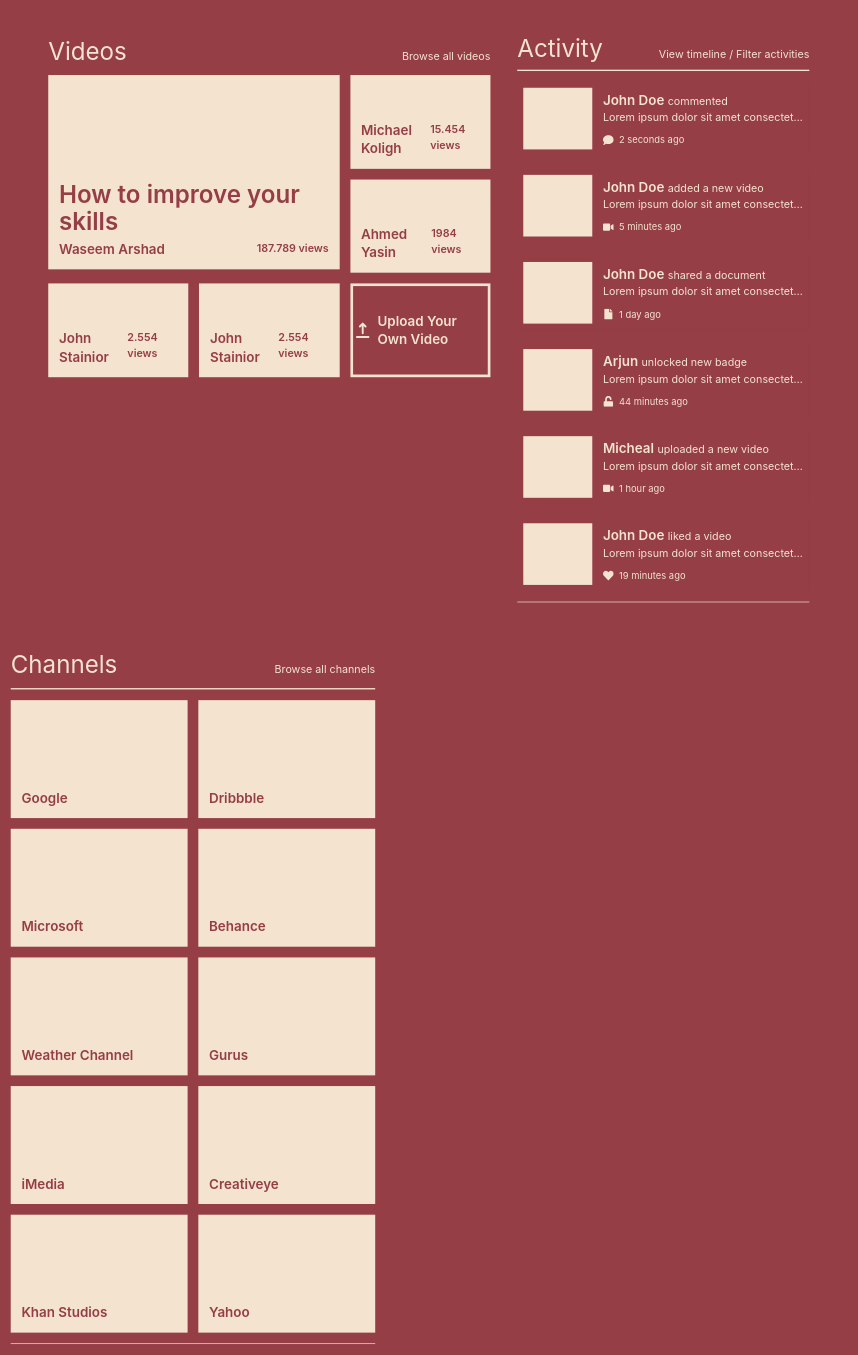
Repository: farrelmuhammad/test-salt
Page: /
These files come from the project's save history. The page is drawn as it stood at one moment and after the next save; the edit follows.
The browser window is 1280 px wide. The pictures show the whole page, at 67% of full size.
The project was rebuilt for these pictures with package versions that can differ from the ones it lists, and the page was loaded fresh each time. Also part of the build but not shown: src/App.css.

Above is the page before, as saved 2022-11-21 16:55:25.

### src/index.css
@tailwind base;
@tailwind components;
@tailwind utilities;

body {
  margin: 0;
  font-family: -apple-system, BlinkMacSystemFont, "Segoe UI", "Roboto", "Oxygen", "Ubuntu", "Cantarell", "Fira Sans", "Droid Sans", "Helvetica Neue", sans-serif;
  -webkit-font-smoothing: antialiased;
  -moz-osx-font-smoothing: grayscale;
  background-color: #953e46;
}

code {
  font-family: source-code-pro, Menlo, Monaco, Consolas, "Courier New", monospace;
}

@layer components {
  .box-text {
    @apply bg-[#F4E3CF] aspect-[3/2] text-[#953e46] p-4;
  }

  .card {
    @apply flex flex-row border border-[#953e46] p-2;
  }

  .hr-top {
    @apply h-[2px] bg-[#F4E3CF] border-none mb-4;
  }

  .hr-bottom {
    @apply h-[1px] bg-[#F4E3CF] border-none my-4;
  }
}

### src/App.js
import logo from "./logo.svg";
import "./App.css";
import Box from "./components/Box";
import Channels from "./components/Channels";
import Activity from "./components/Activity";

function App() {
  return (
    <>
      <div className="container">
        <div class="flex grid-cols-2 gap-2 m-10">
          <div className="flex-auto w-64">
            <Box />
          </div>
          <div className="flex-auto w-8">
            <Activity />
          </div>
        </div>
      </div>
      <Channels />
    </>
  );
}

export default App;

### src/components/Box.jsx
import React from "react";
import { HiUpload } from "react-icons/hi";

const Box = () => {
  return (
    <>
      <section className="container">
        <div className="flex items-end justify-between py-4">
          <h1 className="text-4xl text-[#F4E3CF]">Videos</h1>
          <a href="" className="text-base text-[#F4E3CF]">
            Browse all videos
          </a>
        </div>

        <div class="grid grid-cols-3 gap-4">
          <div class="col-span-2 row-span-2 box-text flex flex-col justify-end">
            <h2 className="text-4xl font-semibold mb-2">How to improve your skills</h2>
            <div className="flex justify-between">
              <h4 className="text-xl font-semibold">Waseem Arshad</h4>

              <p className="text-base font-semibold">187.789 views</p>
            </div>
          </div>

          <div class="box-text flex flex-col justify-end">
            <div className="flex justify-between">
              <h4 className="text-xl font-semibold">Michael Koligh</h4>

              <p className="text-base font-semibold">15.454 views</p>
            </div>
          </div>

          <div class="box-text flex flex-col justify-end">
            <div className="flex justify-between">
              <h4 className="text-xl font-semibold">Ahmed Yasin</h4>

              <p className="text-base font-semibold">1984 views</p>
            </div>
          </div>

          <div class="box-text flex flex-col justify-end">
            <div className="flex justify-between">
              <h4 className="text-xl font-semibold">John Stainior</h4>

              <p className="text-base font-semibold">2.554 views</p>
            </div>
          </div>

          <div class="box-text flex flex-col justify-end">
            <div className="flex justify-between">
              <h4 className="text-xl font-semibold">John Stainior</h4>

              <p className="text-base font-semibold">2.554 views</p>
            </div>
          </div>

          <div class="border-4 border-[#F4E3CF] text-[#F4E3CF] flex items-center justify-center">
            <HiUpload className="rounded-full w-10 h-10 mr-2" /> <h2 className="text-xl font-semibold">Upload Your Own Video</h2>
          </div>
        </div>
      </section>
    </>
  );
};

export default Box;

### src/components/Channels.jsx
import React from "react";

const Channels = () => {
  return (
    <>
      <section className="container max-w-xl">
        <div className="flex items-end justify-between py-4">
          <h1 className="text-4xl text-[#F4E3CF]">Channels</h1>
          <a href="" className="text-base text-[#F4E3CF]">
            Browse all channels
          </a>
        </div>

        <hr className="hr-top" />

        <div class="grid grid-cols-2 gap-4 ">
          <div class="box-text text-xl font-semibold flex items-end">Google</div>
          <div class="box-text text-xl font-semibold flex items-end">Dribbble</div>
          <div class="box-text text-xl font-semibold flex items-end">Microsoft</div>
          <div class="box-text text-xl font-semibold flex items-end">Behance</div>
          <div class="box-text text-xl font-semibold flex items-end">Weather Channel</div>
          <div class="box-text text-xl font-semibold flex items-end">Gurus</div>
          <div class="box-text text-xl font-semibold flex items-end">iMedia</div>
          <div class="box-text text-xl font-semibold flex items-end">Creativeye</div>
          <div class="box-text text-xl font-semibold flex items-end">Khan Studios</div>
          <div class="box-text text-xl font-semibold flex items-end">Yahoo</div>
        </div>

        <hr className="hr-bottom" />
      </section>
    </>
  );
};

export default Channels;

### src/components/Activity.jsx
import React from "react";
import { FaComment, FaVideo, FaUnlock, FaHeart, FaFile } from "react-icons/fa";

const Activity = () => {
  return (
    <>
      <section className="container max-w-xl">
        <div className="flex items-end justify-between py-3">
          <h1 className="text-4xl text-[#F4E3CF]">Activity</h1>
          <a href="" className="text-base text-[#F4E3CF]">
            View timeline / Filter activities
          </a>
        </div>

        <hr className="hr-top" />

        <div class="flex flex-col space-y-5">
          <div class="card hover:border-[#F4E3CF]">
            <div className="w-48 bg-[#F4E3CF]"></div>

            <div class="py-1 pl-4 truncate text-[#F4E3CF]">
              <h5 class="text-xl font-semibold">
                John Doe <span className="text-base font-normal">commented</span>
              </h5>
              <p class="text-base mb-3 truncate">Lorem ipsum dolor sit amet consectetur adipisicing elit. Ratione, similique!</p>
              <p class="text-sm flex items-center">
                <FaComment className="w-4 h-4 mr-2" />2 seconds ago
              </p>
            </div>
          </div>

          <div class="card hover:border-[#F4E3CF]">
            <div className="w-48 bg-[#F4E3CF]"></div>

            <div class="py-1 pl-4 truncate text-[#F4E3CF]">
              <h5 class="text-xl font-semibold">
                John Doe <span className="text-base font-normal">added a new video</span>
              </h5>
              <p class="text-base mb-3 truncate">Lorem ipsum dolor sit amet consectetur adipisicing elit. Ratione, similique!</p>
              <p class="text-sm flex items-center">
                <FaVideo className="w-4 h-4 mr-2" />5 minutes ago
              </p>
            </div>
          </div>

          <div class="card hover:border-[#F4E3CF]">
            <div className="w-48 bg-[#F4E3CF]"></div>

            <div class="py-1 pl-4 truncate text-[#F4E3CF]">
              <h5 class="text-xl font-semibold">
                John Doe <span className="text-base font-normal">shared a document</span>
              </h5>
              <p class="text-base mb-3 truncate">Lorem ipsum dolor sit amet consectetur adipisicing elit. Ratione, similique!</p>
              <p class="text-sm flex items-center">
                <FaFile className="w-4 h-4 mr-2" />1 day ago
              </p>
            </div>
          </div>

          <div class="card hover:border-[#F4E3CF]">
            <div className="w-48 bg-[#F4E3CF]"></div>

            <div class="py-1 pl-4 truncate text-[#F4E3CF]">
              <h5 class="text-xl font-semibold">
                Arjun <span className="text-base font-normal">unlocked new badge</span>
              </h5>
              <p class="text-base mb-3 truncate">Lorem ipsum dolor sit amet consectetur adipisicing elit. Ratione, similique!</p>
              <p class="text-sm flex items-center">
                <FaUnlock className="w-4 h-4 mr-2" />
                44 minutes ago
              </p>
            </div>
          </div>

          <div class="card hover:border-[#F4E3CF]">
            <div className="w-48 bg-[#F4E3CF]"></div>

            <div class="py-1 pl-4 truncate text-[#F4E3CF]">
              <h5 class="text-xl font-semibold">
                Micheal <span className="text-base font-normal">uploaded a new video</span>
              </h5>
              <p class="text-base mb-3 truncate">Lorem ipsum dolor sit amet consectetur adipisicing elit. Ratione, similique!</p>
              <p class="text-sm flex items-center">
                <FaVideo className="w-4 h-4 mr-2" />1 hour ago
              </p>
            </div>
          </div>

          <div class="card hover:border-[#F4E3CF]">
            <div className="w-48 bg-[#F4E3CF]"></div>

            <div class="py-1 pl-4 truncate text-[#F4E3CF]">
              <h5 class="text-xl font-semibold">
                John Doe <span className="text-base font-normal">liked a video</span>
              </h5>
              <p class="text-base mb-3 truncate">Lorem ipsum dolor sit amet consectetur adipisicing elit. Ratione, similique!</p>
              <p class="text-sm flex items-center">
                <FaHeart className="w-4 h-4 mr-2" />
                19 minutes ago
              </p>
            </div>
          </div>
        </div>

        <hr className="hr-bottom" />
      </section>
    </>
  );
};

export default Activity;

### tailwind.config.js
/** @type {import('tailwindcss').Config} */
module.exports = {
  content: ["./src/**/*.{js,jsx,ts,tsx}"],
  theme: {
    container: {
      padding: "16px",
    },
    extend: {
      screens: {
        sm: "640px",
        md: "768px",
        lg: "1024px",
        xl: "1280px",
        "2xl": "1320px",
      },
    },
  },
  plugins: [],
};

Loaded but not shown: public/index.html (common file); src/index.js (common file); src/reportWebVitals.js (common file)

After the next save:
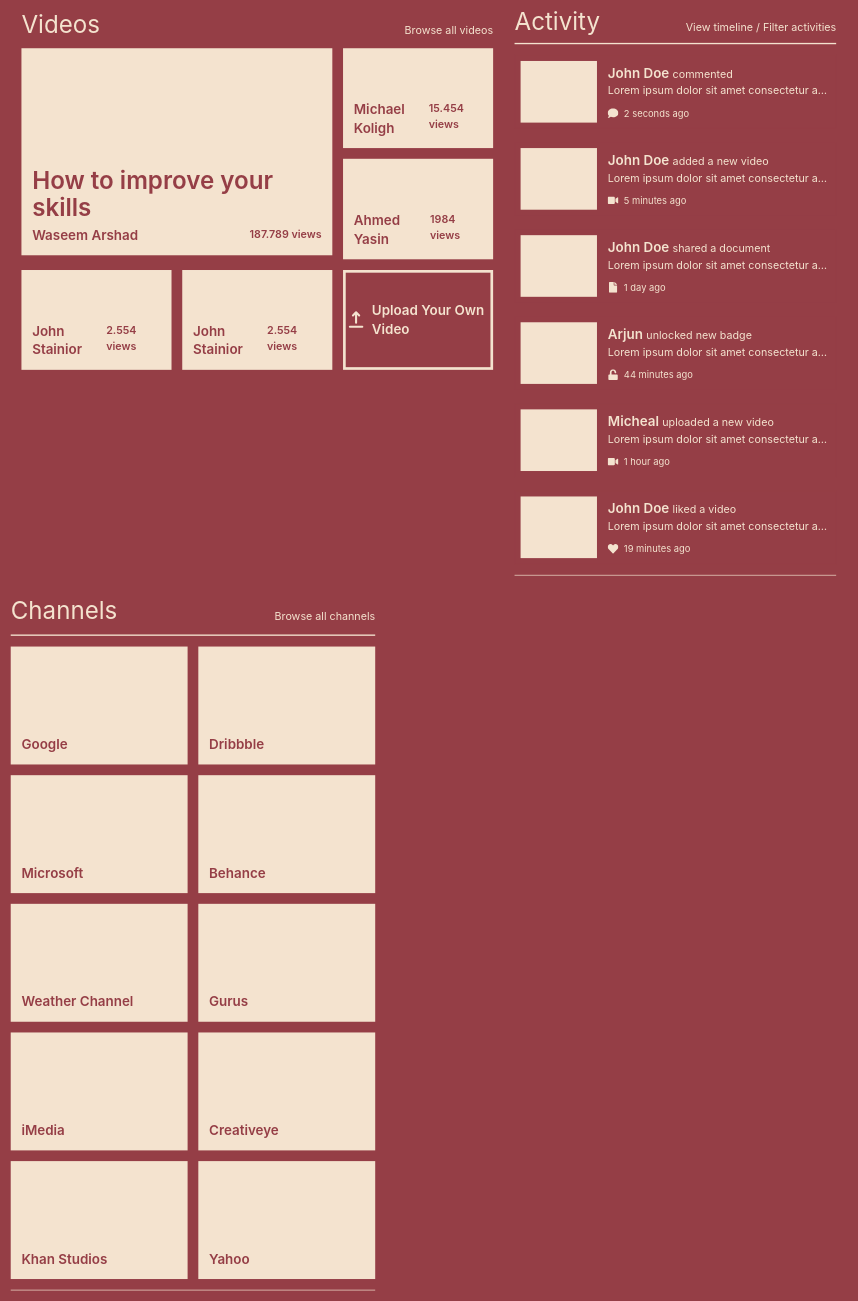
Saved 17 s later.
--- a/src/App.js
+++ b/src/App.js
@@ -8,7 +8,7 @@ function App() {
   return (
     <>
       <div className="container">
-        <div class="flex grid-cols-2 gap-2 m-10">
+        <div class="flex ">
           <div className="flex-auto w-64">
             <Box />
           </div>
